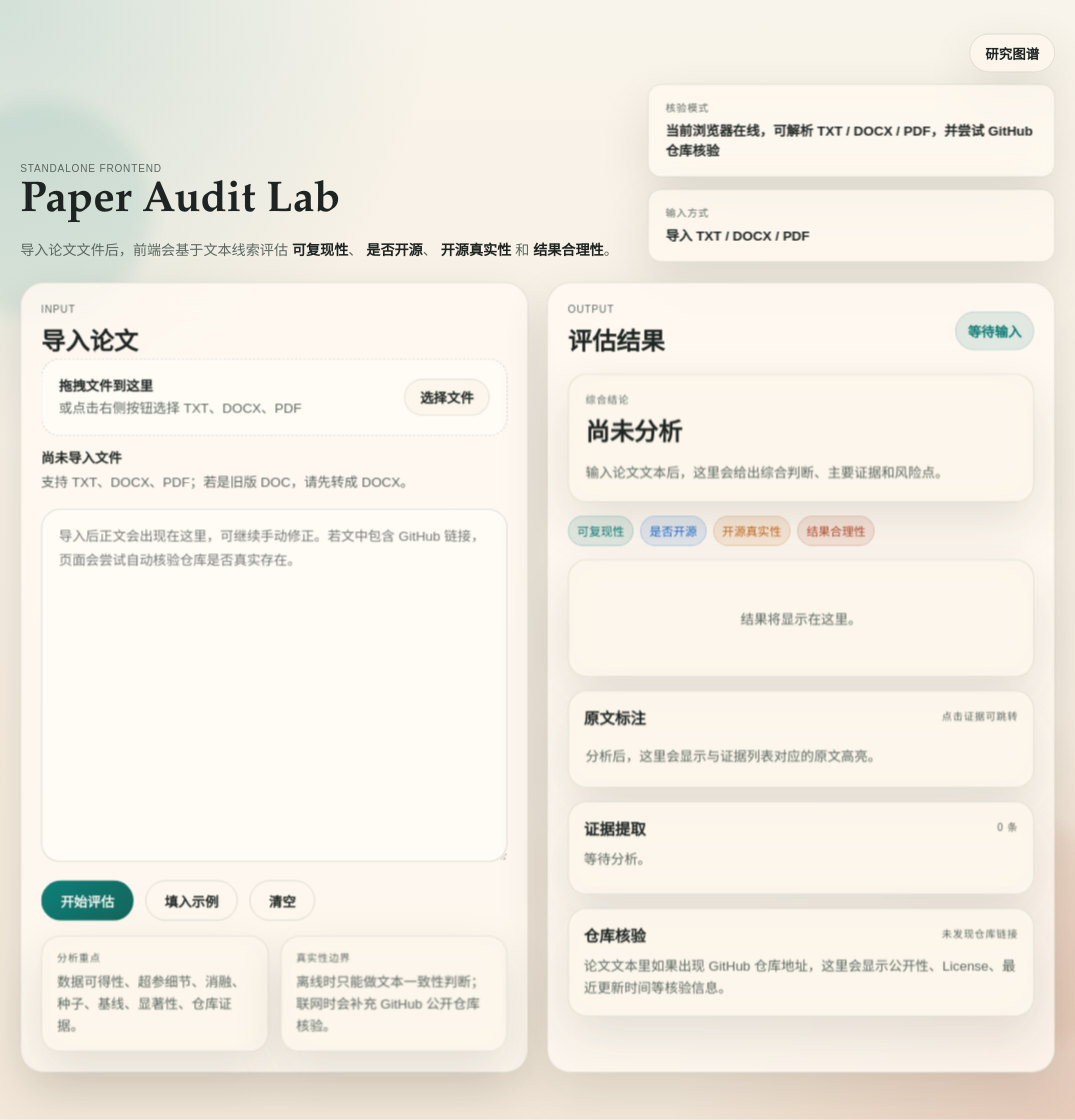
Repository: yueyueniannian/Prism
Page: LMQ3/index.html
The author's editor kept a copy of each file at every save. The page is drawn from the files as they stood at one save, then again after the next save.
The browser window is 1280 px wide. The pictures show the whole page, at 84% of full size.

Above is the page before, as saved 2026-05-25 14:19:16.

### LMQ3/index.html
<!DOCTYPE html>
<html lang="zh-CN">
<head>
  <meta charset="UTF-8">
  <meta name="viewport" content="width=device-width, initial-scale=1.0">
  <title>Paper Audit Lab</title>
  <link rel="stylesheet" href="./styles.css">
  <script src="https://cdnjs.cloudflare.com/ajax/libs/pdf.js/3.11.174/pdf.min.js"></script>
  <script src="https://unpkg.com/mammoth@1.8.0/mammoth.browser.min.js"></script>
</head>
<body>
  <div id="splash" aria-hidden="true">
    <div class="splash-logo">
      <div class="splash-ring"></div>
      PA
    </div>
    <p class="splash-title">知水</p>
    <p class="splash-sub">论文复现性与可信度评估助手</p>
    <div class="splash-bar">
      <div class="splash-bar-fill"></div>
    </div>
  </div>

  <div class="page-shell">
    <div class="ambient ambient-left"></div>
    <div class="ambient ambient-right"></div>

    <header class="hero">
      <div class="hero-copy">
        <p class="eyebrow">Standalone Frontend</p>
        <h1>Paper Audit Lab</h1>
        <p class="hero-text">
          导入论文文件后，前端会基于文本线索评估
          <span>可复现性</span>、
          <span>是否开源</span>、
          <span>开源真实性</span> 和
          <span>结果合理性</span>。
        </p>
      </div>
      <div class="hero-panel">
        <div class="hero-nav">
          <a class="nav-link-btn" href="./research-map.html" data-transition="research-map">研究图谱</a>
        </div>
        <div class="signal-card">
          <p class="signal-label">核验模式</p>
          <p class="signal-value" id="networkStatus">离线启发式 + GitHub 在线增强</p>
        </div>
        <div class="signal-card">
          <p class="signal-label">输入方式</p>
          <p class="signal-value">导入 TXT / DOCX / PDF</p>
        </div>
      </div>
    </header>

    <main class="workspace">
      <section class="panel input-panel">
        <div class="panel-header">
          <div>
            <p class="panel-kicker">Input</p>
            <h2>导入论文</h2>
          </div>
        </div>

        <div id="dropZone" class="drop-zone" role="button" tabindex="0">
          <div>
            <strong>拖拽文件到这里</strong>
            <p>或点击右侧按钮选择 TXT、DOCX、PDF</p>
          </div>
          <label class="file-picker">
            <input type="file" id="fileInput" accept=".txt,.md,.doc,.docx,.pdf,text/plain,text/markdown,application/pdf,application/vnd.openxmlformats-officedocument.wordprocessingml.document">
            选择文件
          </label>
        </div>

        <div class="import-meta">
          <span id="fileMeta">尚未导入文件</span>
          <span id="importHint">支持 TXT、DOCX、PDF；若是旧版 DOC，请先转成 DOCX。</span>
        </div>

        <textarea
          id="paperInput"
          placeholder="导入后正文会出现在这里，可继续手动修正。若文中包含 GitHub 链接，页面会尝试自动核验仓库是否真实存在。"
        ></textarea>

        <div class="action-row">
          <button id="analyzeBtn" class="primary-btn">开始评估</button>
          <button id="exampleBtn" class="ghost-btn">填入示例</button>
          <button id="clearBtn" class="ghost-btn">清空</button>
        </div>

        <div class="meta-grid">
          <article class="meta-card">
            <p class="meta-title">分析重点</p>
            <p>数据可得性、超参细节、消融、种子、基线、显著性、仓库证据。</p>
          </article>
          <article class="meta-card">
            <p class="meta-title">真实性边界</p>
            <p>离线时只能做文本一致性判断；联网时会补充 GitHub 公开仓库核验。</p>
          </article>
        </div>

        <div id="insightStack" class="insight-stack is-hidden">
          <article class="meta-card insight-card">
            <p class="meta-title">论文主要内容</p>
            <p id="paperSummary">导入并分析后，这里会给出论文做了什么、解决什么问题的简要概括。</p>
          </article>

          <article class="meta-card insight-card">
            <p class="meta-title">创新点解读</p>
            <p id="innovationSummary">这里会提炼方法创新、实验亮点或相对已有工作的主要变化。</p>
          </article>

          <article class="meta-card insight-card">
            <p class="meta-title">复现流程</p>
            <p id="reproductionGuide">如果检测到代码仓库，会给出基于源码的简要复现路线；否则给出从数据、环境到实验设置的大致引导。</p>
          </article>
        </div>
      </section>

      <section class="panel output-panel">
        <div class="panel-header">
          <div>
            <p class="panel-kicker">Output</p>
            <h2>评估结果</h2>
          </div>
          <div class="status-pill" id="analysisState">等待输入</div>
        </div>

        <div class="summary-card">
          <div>
            <p class="summary-label">综合结论</p>
            <h3 id="headlineVerdict">尚未分析</h3>
          </div>
          <p id="headlineExplanation" class="summary-copy">
            输入论文文本后，这里会给出综合判断、主要证据和风险点。
          </p>
        </div>

        <div class="legend" id="legend"></div>

        <div class="score-grid" id="scoreGrid">
          <article class="score-card placeholder-card">
            <p>结果将显示在这里。</p>
          </article>
        </div>

        <article class="detail-card paper-card">
          <div class="detail-head">
            <h3>原文标注</h3>
            <span>点击证据可跳转</span>
          </div>
          <div id="paperView" class="paper-view">
            分析后，这里会显示与证据列表对应的原文高亮。
          </div>
        </article>

        <article class="detail-card evidence-card">
          <div class="detail-head">
            <h3>证据提取</h3>
            <span id="evidenceCount">0 条</span>
          </div>
          <ul id="evidenceList" class="detail-list">
            <li>等待分析。</li>
          </ul>
        </article>

        <article class="detail-card repo-card">
          <div class="detail-head">
            <h3>仓库核验</h3>
            <span id="repoStatus">未发现仓库链接</span>
          </div>
          <div id="repoDetails" class="repo-details">
            论文文本里如果出现 GitHub 仓库地址，这里会显示公开性、License、最近更新时间等核验信息。
          </div>
        </article>
      </section>
    </main>
  </div>

  <script src="./app.js"></script>
</body>
</html>

### LMQ3/styles.css
:root {
  --bg: #f6efe4;
  --bg-strong: #eadfcf;
  --panel: rgba(255, 250, 242, 0.84);
  --panel-strong: rgba(252, 246, 236, 0.96);
  --ink: #1d2421;
  --muted: #5b675f;
  --line: rgba(42, 63, 56, 0.14);
  --accent: #0b7a75;
  --accent-soft: rgba(11, 122, 117, 0.12);
  --warn: #b24c2f;
  --warn-soft: rgba(178, 76, 47, 0.12);
  --good: #1c7c54;
  --shadow: 0 24px 60px rgba(45, 41, 34, 0.12);
  --radius-xl: 28px;
  --radius-lg: 22px;
  --radius-md: 16px;
  --repro: #0b7a75;
  --open: #1b6ac9;
  --truth: #c26a1b;
  --result: #b24c2f;
}

* {
  box-sizing: border-box;
}

#splash {
  position: fixed;
  inset: 0;
  z-index: 9999;
  display: flex;
  flex-direction: column;
  align-items: center;
  justify-content: center;
  background:
    radial-gradient(circle at 50% 40%, rgba(11, 122, 117, 0.18), transparent 50%),
    linear-gradient(180deg, #fbfcff 0%, #f3f6fb 50%, #e8edf5 100%);
  transition: opacity 0.55s ease, visibility 0.55s ease;
}

#transitionSplash {
  position: fixed;
  inset: 0;
  z-index: 10000;
  display: flex;
  flex-direction: column;
  align-items: center;
  justify-content: center;
  background:
    radial-gradient(circle at 50% 40%, rgba(11, 122, 117, 0.18), transparent 50%),
    linear-gradient(180deg, #fbfcff 0%, #f3f6fb 50%, #e8edf5 100%);
}

#splash.hidden {
  opacity: 0;
  visibility: hidden;
  pointer-events: none;
}

.splash-logo {
  width: 92px;
  height: 92px;
  display: grid;
  place-items: center;
  border-radius: 24px;
  color: #fff;
  font-size: 2rem;
  font-weight: 800;
  background: linear-gradient(135deg, #0f7e79, #b24c2f);
  box-shadow:
    0 22px 48px rgba(178, 76, 47, 0.28),
    inset 0 0 0 1px rgba(255, 255, 255, 0.38);
  animation: splashPulse 2.2s ease-in-out infinite;
  position: relative;
}

.splash-ring {
  position: absolute;
  inset: -10px;
  border-radius: 28px;
  border: 2.5px solid transparent;
  border-top-color: rgba(178, 76, 47, 0.45);
  border-right-color: rgba(11, 122, 117, 0.4);
  animation: spin 1.6s linear infinite;
}

.splash-title {
  margin-top: 28px;
  font-size: 1.42rem;
  font-weight: 780;
  color: #182033;
  letter-spacing: 0.4px;
}

.splash-sub {
  margin-top: 6px;
  color: #6a7284;
  font-size: 0.9rem;
  letter-spacing: 0.3px;
}

.splash-bar {
  margin-top: 32px;
  width: 180px;
  height: 4px;
  background: #dfe4ed;
  border-radius: 999px;
  overflow: hidden;
}

.splash-bar-fill {
  height: 100%;
  width: 0;
  border-radius: inherit;
  background: linear-gradient(90deg, #0f7e79, #b24c2f);
  animation: fillBar 2s ease-out forwards;
}

@keyframes splashPulse {
  0%, 100% {
    transform: scale(1);
    box-shadow: 0 22px 48px rgba(178, 76, 47, 0.28), inset 0 0 0 1px rgba(255, 255, 255, 0.38);
  }
  50% {
    transform: scale(1.06);
    box-shadow: 0 28px 58px rgba(178, 76, 47, 0.4), inset 0 0 0 1px rgba(255, 255, 255, 0.46);
  }
}

@keyframes spin {
  to {
    transform: rotate(360deg);
  }
}

@keyframes fillBar {
  0% { width: 0; }
  60% { width: 72%; }
  100% { width: 100%; }
}

html, body {
  margin: 0;
  min-height: 100%;
}

body {
  font-family: "Segoe UI Variable", "Microsoft YaHei", "PingFang SC", sans-serif;
  color: var(--ink);
  background:
    radial-gradient(circle at top left, rgba(11, 122, 117, 0.16), transparent 28%),
    radial-gradient(circle at bottom right, rgba(178, 76, 47, 0.18), transparent 26%),
    linear-gradient(180deg, #f9f4eb 0%, #f2e7d8 100%);
}

.page-shell {
  position: relative;
  overflow: hidden;
  min-height: 100vh;
  padding: 40px 24px 56px;
}

.ambient {
  position: absolute;
  border-radius: 999px;
  filter: blur(10px);
  opacity: 0.75;
  pointer-events: none;
}

.ambient-left {
  top: 120px;
  left: -80px;
  width: 260px;
  height: 260px;
  background: rgba(11, 122, 117, 0.12);
}

.ambient-right {
  right: -60px;
  bottom: 80px;
  width: 280px;
  height: 280px;
  background: rgba(178, 76, 47, 0.1);
}

.hero,
.workspace {
  position: relative;
  z-index: 1;
  max-width: 1320px;
  margin: 0 auto;
}

.hero {
  display: grid;
  grid-template-columns: minmax(0, 1.2fr) minmax(280px, 0.8fr);
  gap: 20px;
  align-items: end;
  margin-bottom: 24px;
}

.eyebrow,
.panel-kicker,
.summary-label,
.signal-label,
.meta-title,
.detail-head span {
  margin: 0 0 8px;
  letter-spacing: 0.08em;
  text-transform: uppercase;
  color: var(--muted);
  font-size: 12px;
}

.hero h1,
.panel h2,
.summary-card h3,
.detail-card h3 {
  font-family: "Palatino Linotype", "Book Antiqua", "Source Han Serif SC", serif;
}

.hero h1 {
  margin: 0;
  font-size: clamp(2.8rem, 4vw, 4.8rem);
  line-height: 0.94;
}

.hero-text {
  max-width: 720px;
  margin: 18px 0 0;
  font-size: 1.05rem;
  line-height: 1.75;
  color: var(--muted);
}

.hero-text span {
  color: var(--ink);
  font-weight: 700;
}

.hero-panel {
  display: grid;
  gap: 14px;
}

.hero-nav {
  display: flex;
  justify-content: flex-end;
}

.nav-link-btn {
  display: inline-flex;
  align-items: center;
  justify-content: center;
  min-height: 46px;
  padding: 0 18px;
  border-radius: 999px;
  border: 1px solid var(--line);
  background: var(--panel-strong);
  color: var(--ink);
  text-decoration: none;
  font-weight: 700;
  box-shadow: var(--shadow);
  transition: transform 180ms ease, border-color 180ms ease;
}

.signal-card,
.panel,
.summary-card,
.score-card,
.detail-card,
.meta-card {
  border: 1px solid var(--line);
  box-shadow: var(--shadow);
  backdrop-filter: blur(18px);
}

.signal-card {
  padding: 18px 20px;
  border-radius: var(--radius-md);
  background: rgba(255, 250, 242, 0.72);
}

.signal-value {
  margin: 0;
  font-weight: 700;
  line-height: 1.5;
}

.workspace {
  display: grid;
  grid-template-columns: minmax(320px, 1fr) minmax(360px, 1fr);
  gap: 22px;
}

.panel {
  background: var(--panel);
  border-radius: var(--radius-xl);
  padding: 24px;
}

.panel-header,
.detail-head,
.action-row,
.meta-grid,
.detail-grid {
  display: flex;
  gap: 14px;
}

.panel-header,
.detail-head {
  justify-content: space-between;
  align-items: center;
}

.panel h2 {
  margin: 0;
  font-size: 1.8rem;
}

.file-picker,
.primary-btn,
.ghost-btn,
.status-pill {
  border-radius: 999px;
  font-weight: 700;
}

.file-picker {
  display: inline-flex;
  align-items: center;
  justify-content: center;
  min-height: 44px;
  padding: 0 18px;
  border: 1px solid var(--line);
  background: var(--panel-strong);
  cursor: pointer;
}

.file-picker input {
  display: none;
}

textarea {
  width: 100%;
  min-height: 420px;
  margin: 18px 0;
  padding: 18px 20px;
  resize: vertical;
  border-radius: var(--radius-lg);
  border: 1px solid rgba(42, 63, 56, 0.18);
  background: rgba(255, 252, 246, 0.9);
  color: var(--ink);
  font: inherit;
  line-height: 1.75;
}

textarea:focus {
  outline: 2px solid rgba(11, 122, 117, 0.24);
  border-color: rgba(11, 122, 117, 0.4);
}

.drop-zone {
  display: flex;
  align-items: center;
  justify-content: space-between;
  gap: 18px;
  padding: 18px 20px;
  border-radius: var(--radius-lg);
  border: 1px dashed rgba(42, 63, 56, 0.24);
  background: rgba(255, 252, 246, 0.88);
}

.drop-zone strong {
  display: block;
  font-size: 1rem;
  margin-bottom: 4px;
}

.drop-zone p,
.import-meta span {
  margin: 0;
  color: var(--muted);
  line-height: 1.6;
}

.drop-zone.is-dragging {
  border-color: rgba(11, 122, 117, 0.42);
  background: rgba(11, 122, 117, 0.08);
}

.import-meta {
  display: grid;
  gap: 4px;
  margin: 14px 0 0;
}

.import-meta span:first-child {
  color: var(--ink);
  font-weight: 700;
}

.action-row {
  flex-wrap: wrap;
  margin-bottom: 18px;
}

button {
  font: inherit;
  cursor: pointer;
  transition: transform 180ms ease, background 180ms ease, border-color 180ms ease;
}

button:hover,
.file-picker:hover,
.nav-link-btn:hover {
  transform: translateY(-1px);
}

.primary-btn,
.ghost-btn {
  min-height: 48px;
  padding: 0 22px;
  border: 1px solid transparent;
}

.primary-btn {
  background: linear-gradient(135deg, #0d7f78, #15665c);
  color: #f7f7f2;
}

.ghost-btn {
  background: transparent;
  border-color: rgba(42, 63, 56, 0.18);
  color: var(--ink);
}

.meta-grid,
.detail-grid {
  align-items: stretch;
}

.meta-grid,
.insight-stack,
.detail-grid,
.score-grid {
  display: grid;
  gap: 14px;
}

.meta-grid {
  grid-template-columns: repeat(2, minmax(0, 1fr));
}

.meta-card,
.detail-card,
.score-card,
.summary-card {
  background: var(--panel-strong);
  border-radius: var(--radius-lg);
}

.meta-card {
  padding: 16px 18px;
  margin: 0;
}

.insight-stack {
  margin-top: 14px;
}

.insight-stack.is-hidden {
  display: none;
}

.insight-card p:last-child {
  margin: 0;
  color: var(--muted);
  line-height: 1.72;
}

.meta-card p:last-child {
  margin: 0;
  color: var(--muted);
  line-height: 1.65;
}

.status-pill {
  padding: 10px 14px;
  background: var(--accent-soft);
  color: var(--accent);
  border: 1px solid rgba(11, 122, 117, 0.18);
}

.legend {
  display: flex;
  flex-wrap: wrap;
  gap: 8px;
  margin: 16px 0;
}

.legend-chip {
  padding: 7px 10px;
  border-radius: 999px;
  font-size: 0.88rem;
  color: var(--ink);
  background: rgba(255, 255, 255, 0.75);
  border: 1px solid rgba(42, 63, 56, 0.12);
}

.summary-card {
  display: grid;
  gap: 14px;
  padding: 20px;
  margin: 18px 0 16px;
}

.summary-card h3 {
  margin: 0;
  font-size: 1.8rem;
}

.summary-copy {
  margin: 0;
  color: var(--muted);
  line-height: 1.75;
}

.score-grid {
  grid-template-columns: repeat(2, minmax(0, 1fr));
}

.score-card {
  padding: 18px;
  animation: fadeUp 320ms ease both;
}

.dim-reproducibility .score-value,
.dim-reproducibility .score-copy {
  color: var(--repro);
}

.dim-openSource .score-value,
.dim-openSource .score-copy {
  color: var(--open);
}

.dim-repoTruth .score-value,
.dim-repoTruth .score-copy {
  color: var(--truth);
}

.dim-resultReason .score-value,
.dim-resultReason .score-copy {
  color: var(--result);
}

.score-top {
  display: flex;
  justify-content: space-between;
  align-items: baseline;
  gap: 12px;
  margin-bottom: 10px;
}

.score-top h3 {
  margin: 0;
  font-size: 1.1rem;
}

.score-value {
  font-size: 1.7rem;
  font-weight: 800;
}

.bar {
  height: 12px;
  background: rgba(29, 36, 33, 0.08);
  border-radius: 999px;
  overflow: hidden;
  margin-bottom: 12px;
}

.bar > span {
  display: block;
  height: 100%;
  border-radius: inherit;
  background: linear-gradient(90deg, #0f8e7f, #e67f3a);
}

.score-copy,
.repo-details,
.detail-list {
  color: var(--muted);
  line-height: 1.7;
}

.score-copy {
  margin: 0;
}

.placeholder-card {
  display: grid;
  place-items: center;
  min-height: 140px;
  grid-column: 1 / -1;
  color: var(--muted);
}

.detail-grid {
  grid-template-columns: repeat(2, minmax(0, 1fr));
  margin-top: 16px;
}

.detail-card {
  padding: 18px;
}

.detail-head {
  margin-bottom: 8px;
}

.detail-head h3 {
  margin: 0;
  font-size: 1.15rem;
}

.detail-list {
  margin: 0;
  padding-left: 20px;
}

.evidence-card {
  margin-top: 16px;
}

.evidence-card .detail-list {
  padding-left: 0;
  list-style: none;
}

.repo-card {
  margin-top: 16px;
}

.repo-details {
  min-height: 48px;
}

.paper-card {
  margin-top: 16px;
}

.paper-view {
  padding: 8px 2px 2px;
  color: var(--muted);
  line-height: 2;
}

.paper-paragraph {
  margin: 0 0 12px;
}

.paper-segment {
  position: relative;
  display: inline;
  padding: 0 2px;
  border-radius: 6px;
}

.paper-segment.is-highlight {
  background: var(--highlight-bg);
  color: var(--ink);
  box-decoration-break: clone;
  -webkit-box-decoration-break: clone;
}

.paper-segment.flash-focus {
  outline: 2px solid rgba(11, 122, 117, 0.45);
  box-shadow: 0 0 0 5px rgba(11, 122, 117, 0.12);
}

.mini-tags {
  display: inline-flex;
  gap: 4px;
  margin-left: 6px;
  vertical-align: middle;
}

.mini-tag {
  display: inline-flex;
  align-items: center;
  padding: 1px 6px;
  border-radius: 999px;
  font-size: 0.72rem;
  color: var(--ink);
  background: rgba(255, 255, 255, 0.78);
  border: 1px solid rgba(42, 63, 56, 0.12);
}

.badge-line {
  display: flex;
  flex-wrap: wrap;
  gap: 8px;
  margin-top: 12px;
}

.badge {
  padding: 7px 10px;
  border-radius: 999px;
  font-size: 0.88rem;
  background: var(--accent-soft);
  color: var(--accent);
  border: 1px solid rgba(11, 122, 117, 0.18);
}

.badge.warn {
  background: var(--warn-soft);
  color: var(--warn);
  border-color: rgba(178, 76, 47, 0.18);
}

.evidence-item {
  width: 100%;
  display: grid;
  grid-template-columns: auto 1fr;
  align-items: start;
  gap: 10px;
  padding: 12px 14px;
  border: 1px solid rgba(42, 63, 56, 0.12);
  border-radius: 16px;
  background: rgba(255, 255, 255, 0.62);
  color: var(--ink);
  text-align: left;
}

.evidence-item:hover {
  transform: translateY(-1px);
  border-color: rgba(42, 63, 56, 0.22);
}

.evidence-tag {
  padding: 5px 8px;
  border-radius: 999px;
  font-size: 0.78rem;
  white-space: nowrap;
  color: var(--ink);
  background: rgba(255, 255, 255, 0.78);
  border: 1px solid rgba(42, 63, 56, 0.12);
}

.evidence-main {
  display: grid;
  gap: 2px;
}

.evidence-main strong {
  font-size: 0.95rem;
}

.evidence-main span {
  color: var(--muted);
  line-height: 1.55;
}

.detail-list li {
  margin-bottom: 10px;
}

@keyframes fadeUp {
  from {
    opacity: 0;
    transform: translateY(10px);
  }
  to {
    opacity: 1;
    transform: translateY(0);
  }
}

@media (max-width: 1060px) {
  .hero,
  .workspace,
  .detail-grid,
  .meta-grid,
  .score-grid {
    grid-template-columns: 1fr;
  }

  .hero {
    align-items: start;
  }
}

@media (max-width: 640px) {
  .page-shell {
    padding: 24px 14px 40px;
  }

  .panel {
    padding: 18px;
  }

  textarea {
    min-height: 320px;
  }

  .panel-header,
  .detail-head {
    align-items: flex-start;
    flex-direction: column;
  }

  .drop-zone {
    align-items: flex-start;
    flex-direction: column;
  }

  .evidence-item {
    grid-template-columns: 1fr;
  }
}

Loaded but not shown: LMQ3/app.js (1094 lines, source omitted)

After the next save:
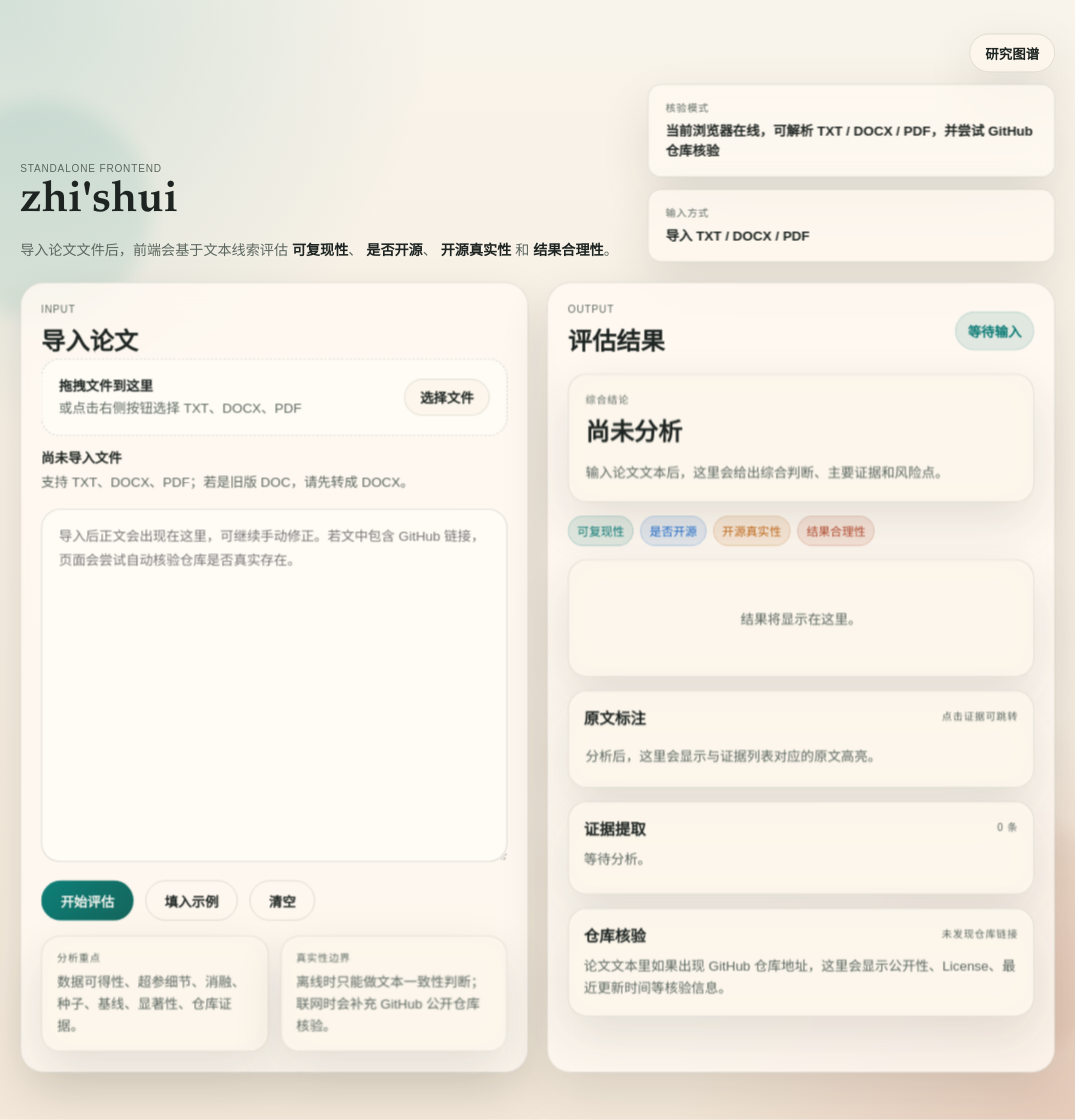
Saved 66 s later.
--- a/LMQ3/index.html
+++ b/LMQ3/index.html
@@ -28,7 +28,7 @@
     <header class="hero">
       <div class="hero-copy">
         <p class="eyebrow">Standalone Frontend</p>
-        <h1>Paper Audit Lab</h1>
+        <h1>zhi'shui</h1>
         <p class="hero-text">
           导入论文文件后，前端会基于文本线索评估
           <span>可复现性</span>、
